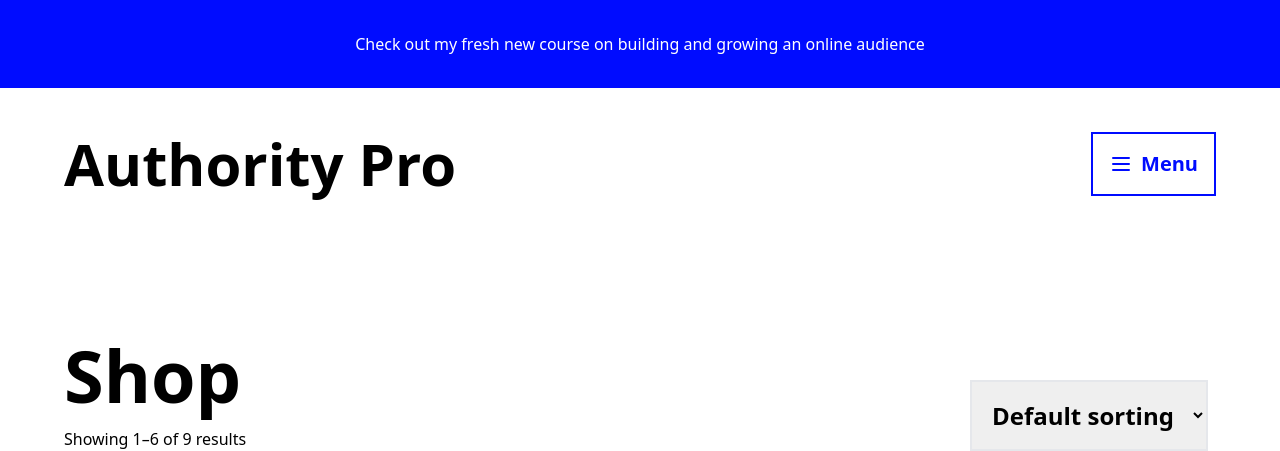
Repository: Quanndm03/web2022
Page: lab2/index2.html
These files come from the project's save history. The page is drawn as it stood at one moment and after a run of saves; the edit follows.
The browser window is 1280 px wide. The pictures show the part of the page from y = 0 to 451 px (the page is 1847 px tall before and 1861 px after).
A picture or video elsewhere on the page could not be fetched, so the positions and the page height are approximate. Some web libraries are served in a nearby version.

Above is the page before, as saved 2022-06-16 10:27:21.

After the next 4 saves:
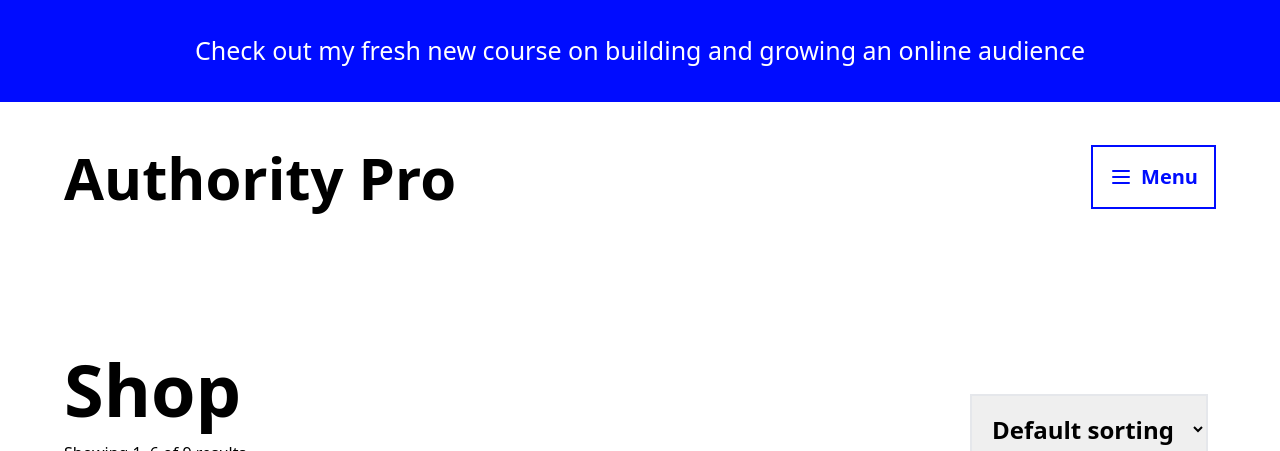
The 4 saves are shown as one change because they came seconds apart.
The last was saved 88 s later.
--- a/lab2/index2.html
+++ b/lab2/index2.html
@@ -9,7 +9,7 @@
   </head>
   <body>
     <div class="bg-[#000CFF] text-center py-8">
-      <p class="text-white">
+      <p class="text-white text-[25px]">
         Check out my fresh new course on building and growing an online audience
       </p>
     </div>
